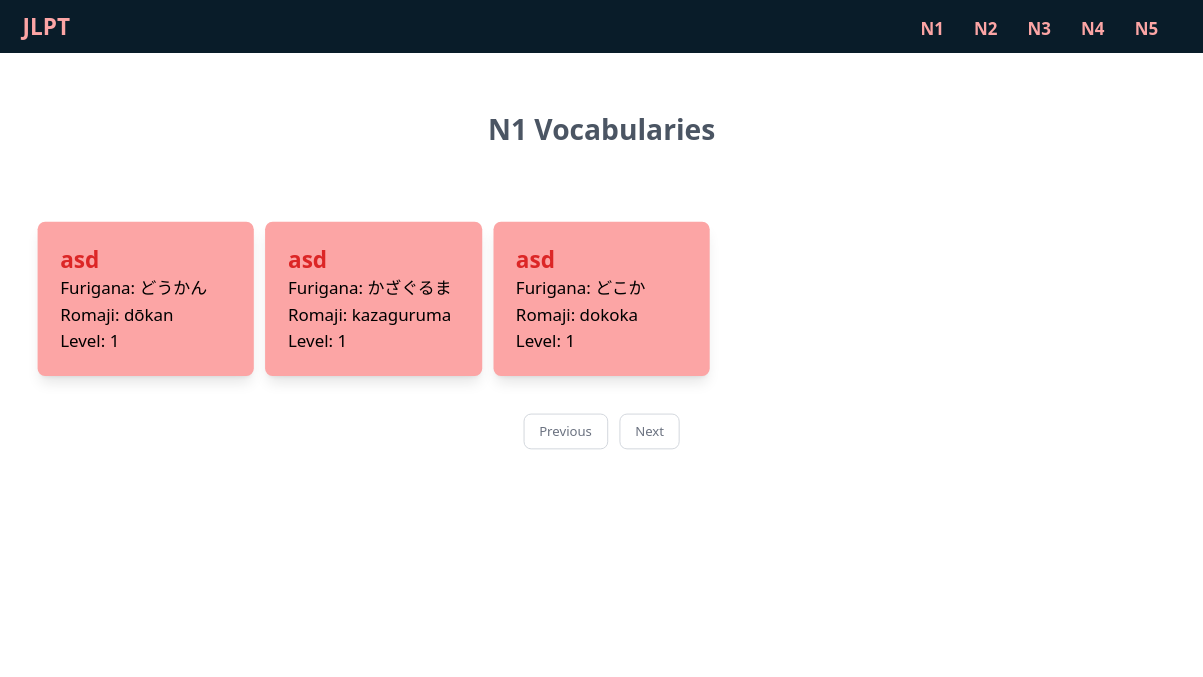
Repository: Penglee25/JLPT-vocabulary
Page: /n1
The author's editor kept a copy of each file at every save. The page is drawn from the files as they stood at one save, then again after the next save.
The browser window is 1280 px wide. The pictures show the whole page, at 94% of full size.
The project was rebuilt for these pictures with package versions that can differ from the ones it lists, and the page was loaded fresh each time. The framework's server and built-in components were replaced by stand-ins that run in the browser. Also part of the build but not shown: next.config.js, src/styles/main.css.

Above is the page before, as saved 2023-03-17 15:37:18.

After the next save:
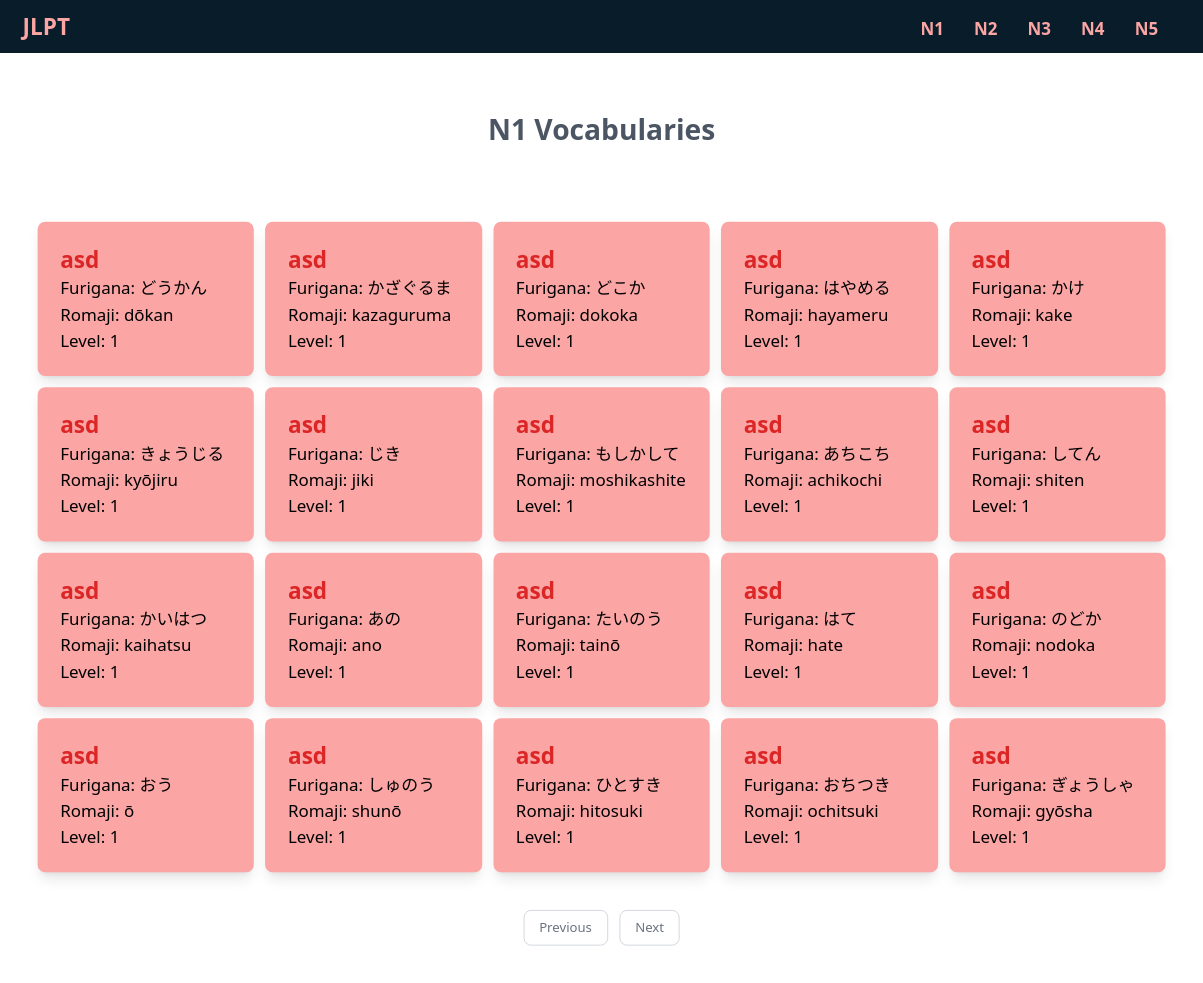
Saved 16 s later.
--- a/src/pages/n1.tsx
+++ b/src/pages/n1.tsx
@@ -6,7 +6,7 @@ export default function n1() {
 
     const [wordPost, setWordPost] = useState();
     const data = pickDB(1);
-    const itemsPerPage = 3;
+    const itemsPerPage = 20;
 
     const [currentPage, setCurrentPage] = useState(1);
     const totalPages = Math.ceil(data.length / itemsPerPage);
